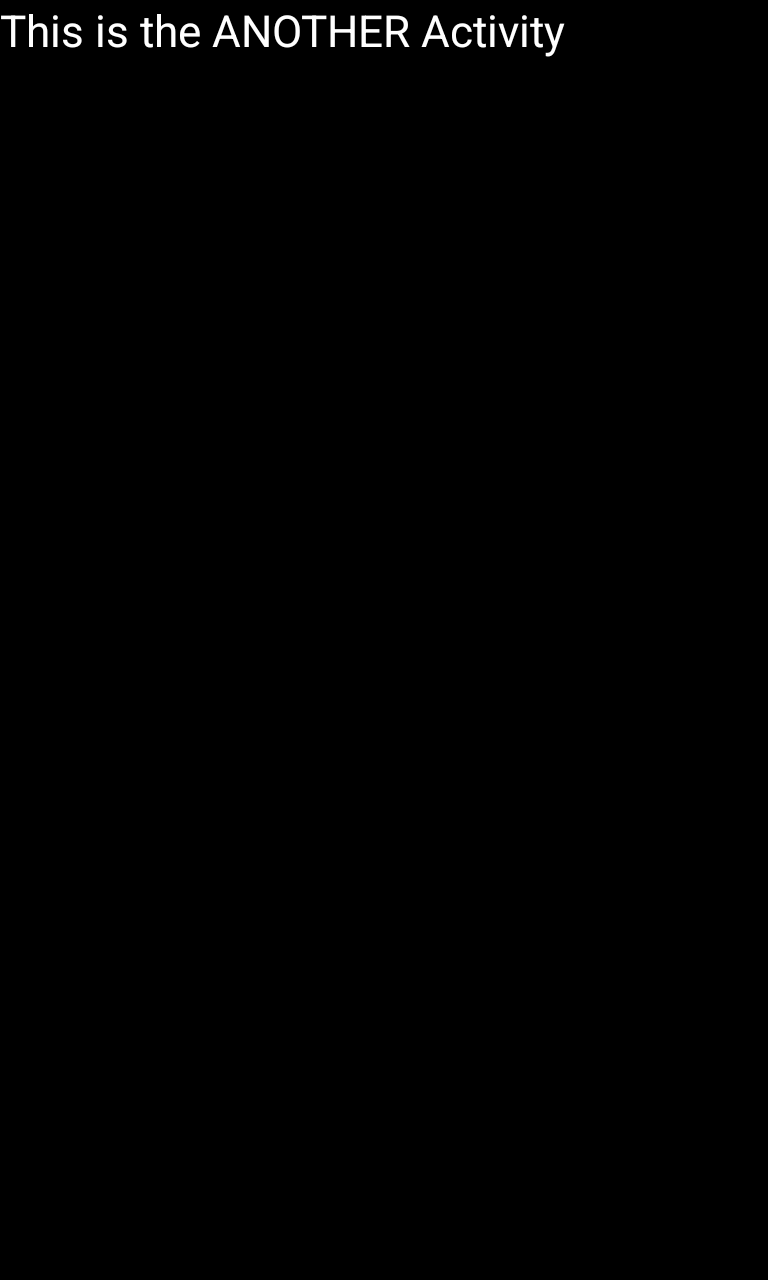
Repository: smartapps08/addteqtutorials
Layout: Activity Lifecycle Demo/res/layout/another.xml
The author's editor kept a copy of each file at every save. The layout is drawn from the files as they stood at one save, then again after the next save.
It is drawn on a 768 x 1280 px phone screen (xhdpi) without system bars, with theme android:Theme; the app's code is not run.

Above is the layout before, as saved 2012-06-07 15:30:27.

After the next save:
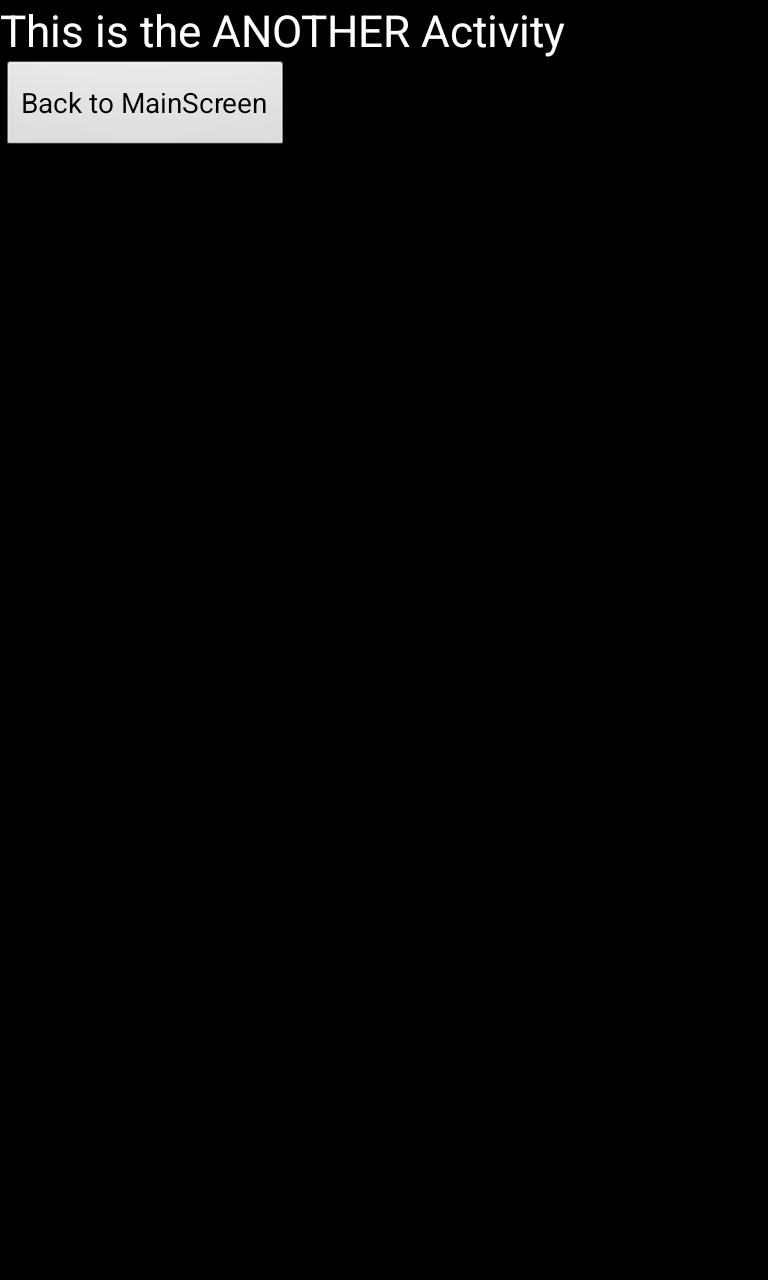
Saved 30 s later.
--- a/Activity Lifecycle Demo/res/layout/another.xml
+++ b/Activity Lifecycle Demo/res/layout/another.xml
@@ -11,4 +11,10 @@
         android:text="This is the ANOTHER Activity"
         android:textAppearance="?android:attr/textAppearanceLarge" />
 
+    <Button
+        android:id="@+id/btnBack"
+        android:layout_width="wrap_content"
+        android:layout_height="wrap_content"
+        android:text="Back to MainScreen" />
+
 </LinearLayout>
